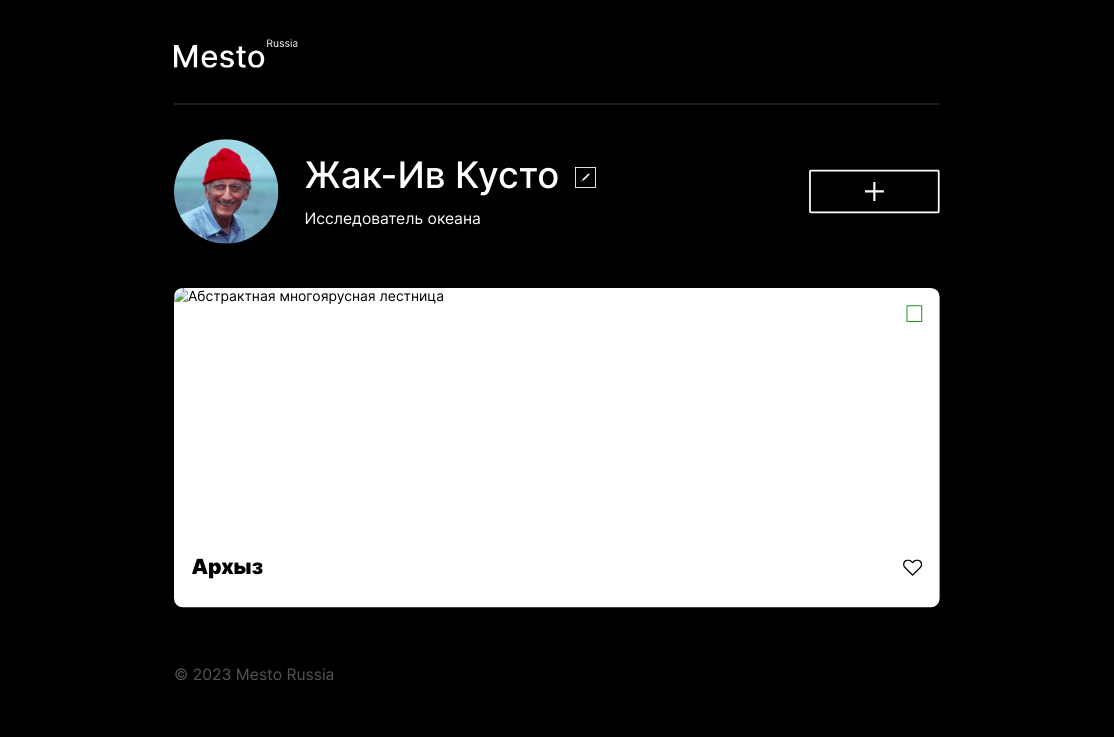
Repository: Dmitry-Rusinov/mesto
Page: index.html
These files come from the project's save history. The page is drawn as it stood at one moment and after the next save; the edit follows.
The browser window is 1280 px wide. The pictures show the whole page, at 87% of full size.

Above is the page before, as saved 2023-05-12 14:03:42.

### index.html
<!DOCTYPE html>
<html lang="ru">
  <head>
    <meta charset="UTF-8" />
    <meta name="viewport" content="width=device-width, initial-scale=1.0" />
    <link rel="stylesheet" href="./pages/index.css" />
    <title>Третий проект Яндекс.Практикум "Место"</title>
  </head>
  <body class="page">
    <div class="content">
      <header class="header">
        <img
          src="./images/logo.svg"
          alt="Логотип проекта Место.Россия"
          class="header__logo"
        />
      </header>
      <main>
        <section class="profile">
          <img
            src="./images/image.jpg"
            alt="Фотография пользователя"
            class="profile__avatar"
          />
          <div class="profile__info">
            <h1 class="profile__info-title">Жак-Ив Кусто</h1>
            <button
              type="button"
              title="Кнопка редактирования профиля"
              class="profile__edit-button"
            ></button>
            <p class="profile__subtitle">Исследователь океана</p>
          </div>
          <button
            type="button"
            title="Кнопка добавления фото-карточки"
            class="profile__add-button"
          ></button>
        </section>
        <section class="elements">
          <ul class="elements__card">
            <li class="elements__card-content">
              <img
                src="./images/andrea-de-santis-Hu1ixxtInvs-unsplash.jpg"
                alt="Абстрактная многоярусная лестница"
                class="elements__picture"
              />
              <button type="button" title="Кнопка удаления карточки" class="elements__button-delete"></button>
              <div class="elements__description">
                <div class="elements__container">
                  <h2 class="elements__title">Лестница</h2>
                  <button
                    type="button"
                    title="Кнопка лайка картинки"
                    class="elements__button-like"
                  ></button>
                </div>
              </div>
            </li>
            <li class="elements__card-content">
              <img
                src="./images/david-becker-pEqvRg-o-PY-unsplash.jpg"
                alt="Северное сияние"
                class="elements__picture"
              />
              <button type="button" title="Кнопка удаления карточки" class="elements__button-delete"></button>
              <div class="elements__description">
                <div class="elements__container">
                  <h2 class="elements__title">Северное сияние</h2>
                  <button
                    type="button"
                    title="Кнопка лайка картинки"
                    class="elements__button-like"
                  ></button>
                </div>
              </div>
            </li>
            <li class="elements__card-content">
              <img
                src="./images/hamdhulla-shakeeb-S98UHzzXq_E-unsplash.jpg"
                alt="Пляж с пальмами и голубой водой"
                class="elements__picture"
              />
              <button type="button" title="Кнопка удаления карточки" class="elements__button-delete"></button>
              <div class="elements__description">
                <div class="elements__container">
                  <h2 class="elements__title">Пляж</h2>
                  <button
                    type="button"
                    title="Кнопка лайка картинки"
                    class="elements__button-like"
                  ></button>
                </div>
              </div>
            </li>
            <li class="elements__card-content">
              <img
                src="./images/josh-hild-znpfVkfxRgk-unsplash.jpg"
                alt="Девушка с удивленным взглядом в поле цветов"
                class="elements__picture"
              />
              <button type="button" title="Кнопка удаления карточки" class="elements__button-delete"></button>
              <div class="elements__description">
                <div class="elements__container">
                  <h2 class="elements__title">Девушка в цветах</h2>
                  <button
                    type="button"
                    title="Кнопка лайка картинки"
                    class="elements__button-like"
                  ></button>
                </div>
              </div>
            </li>
            <li class="elements__card-content">
              <img
                src="./images/mat-5DDrT2ioNuI-unsplash.jpg"
                alt="Римские колонны"
                class="elements__picture"
              />
              <button type="button" title="Кнопка удаления карточки" class="elements__button-delete"></button>
              <div class="elements__description">
                <div class="elements__container">
                  <h2 class="elements__title">Римские колонны</h2>
                  <button
                    type="button"
                    title="Кнопка лайка картинки"
                    class="elements__button-like"
                  ></button>
                </div>
              </div>
            </li>
            <li class="elements__card-content">
              <img
                src="./images/shana-van-roosbroek-nkS1Y4KsEAw-unsplash.jpg"
                alt="Доски для серфинга на пляже"
                class="elements__picture"
              />
              <button type="button" title="Кнопка удаления карточки" class="elements__button-delete"></button>
              <div class="elements__description">
                <div class="elements__container">
                  <h2 class="elements__title">Серфинг</h2>
                  <button
                    type="button"
                    title="Кнопка лайка картинки"
                    class="elements__button-like"
                  ></button>
                </div>
              </div>
            </li>
          </ul>
        </section>
      </main>
      <footer class="footer">
        <p class="footer__text">© 2023 Mesto Russia</p>
      </footer>
    </div>
    <div class="popup">
      <div class="popup__container">
        <button
          type="button"
          class="popup__closed"
          title="Кнопка закрытия формы"
        ></button>
        <h2 class="popup__title">Редактировать профиль</h2>
        <form name="form" class="popup__form">
          <fieldset class="popup__content">
            <input
              class="popup__input popup__input_user_name"
              type="text"
              id="user-name"
              placeholder="Как вас зовут?"
              minlength="1"
              maxlength="200"
              name="name"
            />
            <input
              class="popup__input popup__input_user_job"
              type="text"
              id="description"
              placeholder="Дополнитерьная информация"
              minlength="1"
              maxlength="400"
              name="job"
            />
          </fieldset>
          <button type="submit" class="popup__submit" value="eddit">
            Сохранить
          </button>
        </form>
      </div>
    </div>
    <script src="./scripts/index.js"></script>
  </body>
</html>

### pages/index.css
@import url(../vendor/normalize.css);
@import url(../vendor/fonts.css);
@import url(../blocks/page/page.css);
@import url(../blocks/content/content.css);

/*header*/
@import url(../blocks/header/header.css);
@import url(../blocks/header/__logo/header__logo.css);

/*profile*/
@import url(../blocks/profile/profile.css);
@import url(../blocks/profile/__add-button/profile__add-button.css);
@import url(../blocks/profile/__avatar/profile__avatar.css);
@import url(../blocks/profile/__edit-button/profile__edit-button.css);
@import url(../blocks/profile/__info/profile__info.css);
@import url(../blocks/profile/__info-title/profile__info-title.css);
@import url(../blocks/profile/__subtitle/profile__subtitle.css);

/*elements*/
@import url(../blocks/elements/elements.css);
@import url(../blocks/elements/__card/elements__card.css);
@import url(../blocks/elements/__button-like/elements__button-like.css);
@import url(../blocks/elements/__card-content/elements__card-content.css);
@import url(../blocks/elements/__container/elements__container.css);
@import url(../blocks/elements/__picture/elements__picture.css);
@import url(../blocks/elements/__title/elements__title.css);
@import url(../blocks/elements/__button-delete/elements__button-delete.css);

/*footer*/
@import url(../blocks/footer/footer.css);
@import url(../blocks/footer/__text/footer__text.css);

/*popup*/
@import url(../blocks/popup/popup.css);
@import url(../blocks/popup/__title/popup__title.css);
@import url(../blocks/popup/__submit/popup__submit.css);
@import url(../blocks/popup/_opened/popup_opened.css);
@import url(../blocks/popup/__input/popup__input.css);
@import url(../blocks/popup/__form/popup__form.css);
@import url(../blocks/popup/__content/popup__content.css);
@import url(../blocks/popup/__container/popup__container.css);
@import url(../blocks/popup/__closed/popup__closed.css);

### vendor/fonts.css
@font-face {
  font-family: 'Inter';
  font-style:  normal;
  font-weight: 400;
  font-display: swap;
  src: url("Inter-Regular.woff2?v=3.19") format("woff2"),
       url("Inter-Regular.woff?v=3.19") format("woff");
}
@font-face {
  font-family: 'Inter';
  font-style:  normal;
  font-weight: 500;
  font-display: swap;
  src: url("Inter-Medium.woff2?v=3.19") format("woff2"),
       url("Inter-Medium.woff?v=3.19") format("woff");
}
@font-face {
  font-family: 'Inter';
  font-style:  normal;
  font-weight: 900;
  font-display: swap;
  src: url("Inter-Black.woff2?v=3.19") format("woff2"),
       url("Inter-Black.woff?v=3.19") format("woff");
}

### blocks/page/page.css
.page {
  font-family: "Inter", Helvetica, Arial, sans-serif;
  background-color: #000000;
  -webkit-text-size-adjust: 100%;
  -ms-text-size-adjust: 100%;
  -moz-text-size-adjust: 100%;
  -webkit-font-smoothing: antialiased;
  -moz-osx-font-smoothing: grayscale;
  text-rendering: optimizeLegibility;
  margin: 0 auto;
  width: 100%;
}

### blocks/content/content.css
.content {
  max-width: calc(1280px - 2 * 200px);
  width: calc(100% - 2 * 200px);
  margin: 45px auto 60px;
  position: relative;
}

@media screen and (max-width: 1279px) {
  .content {
    max-width: calc(1279px - 2 * 15.6%);
    width: calc(100% - 2 * 15.6%);
  }
}

@media screen and (max-width: 768px) {
  .content {
    max-width: calc(768px - 2 * 6%);
    width: calc(100% - 2 * 6%);
    margin: 28px auto 36px;
  }
}

@media screen and (max-width: 320px) {
  .content {
    width: 100%;
  }
}

### blocks/header/header.css
.header {
  display: flex;
  flex-direction: column;
  justify-content: space-between;
  margin: 0;
  border-bottom: 1px solid rgba(84, 84, 84, 0.7);
}

### blocks/header/__logo/header__logo.css
.header__logo {
  object-fit: contain;
  margin-bottom: 41px;
  max-width: 142px;
}

@media screen and (max-width: 320px) {
  .header__logo {
    max-width: 103.74px;
    margin-bottom: 31.6px;
    margin-left: 27px;
  }
}

### blocks/profile/profile.css
.profile {
  display: flex;
  width: 100%;
  margin: 40px auto 0;
  align-items: center;
}
@media screen and (max-width: 980px) {
  .profile {
    flex-direction: column;
  }
}

### blocks/profile/__add-button/profile__add-button.css
.profile__add-button {
  background-image: url(../../../images/addBottonPlus.svg);
  width: 150px;
  height: 50px;
  background-repeat: no-repeat;
  background-position: center;
  background-color: transparent;
  border: 2px solid #ffffff;
  border-radius: 2px;
  box-sizing: border-box;
  cursor: pointer;
  align-self: center;
  margin-left: auto;
  transition: opacity 0.6s;
}

.profile__add-button:hover {
  opacity: 0.6;
}

@media screen and (max-width: 980px) {
  .profile__add-button {
    margin: auto;
    width: 330px;
  }
}

@media screen and (max-width: 425px) {
  .profile__add-button {
    width: 234px;
  }
}

@media screen and (max-width: 320px) {
  .profile__add-button {
    max-width: calc(320px - 2 * 19px);
    width: calc(100% - 2 * 19px);
    background-size: 16px;
  }
}

### blocks/profile/__avatar/profile__avatar.css
.profile__avatar {
  object-fit: cover;
  border-radius: 50%;
  width: 120px;
  height: 120px;
  margin-right: 30px;
  padding: 0;
}

@media screen and (max-width: 980px) {
  .profile__avatar {
    margin: 0 auto 26px;
  }
}

### blocks/profile/__edit-button/profile__edit-button.css
.profile__edit-button {
  border: 1px solid #ffffff;
  background-image: url(../../../images/edit-button.svg);
  height: 24px;
  width: 24px;
  background-color: transparent;
  background-position: center;
  cursor: pointer;
  transition: opacity 0.6s;
  box-sizing: border-box;
  padding: 0;
  background-repeat: no-repeat;
}

.profile__edit-button:hover {
  opacity: 0.6;
}

@media screen and (max-width: 425px) {
  .profile__edit-button {
    height: 18px;
    width: 18px;
    background-size: 8px;
  }
}

### blocks/profile/__info/profile__info.css
.profile__info {
  display: grid;
  grid-template-columns: 1fr 24px;
  column-gap: 18px;
  row-gap: 16px;
  align-items: baseline;
  box-sizing: border-box;
  max-width: 336px;
}

@media screen and (max-width: 980px) {
  .profile__info {
    margin: 0 auto 36px;
  }
}

@media screen and (max-width: 425px) {
  .profile__info {
    grid-template-columns: 1fr 18px;
    column-gap: 14px;
    row-gap: 10px;
  }
}

### blocks/profile/__info-title/profile__info-title.css
.profile__info-title {
  color: white;
  font-style: normal;
  font-weight: 500;
  font-size: 42px;
  line-height: 48px;
  margin: 0;
  padding: 0;
  text-overflow: ellipsis;
  white-space: nowrap;
  overflow: hidden;
  vertical-align: baseline;
}

@media screen and (max-width: 980px) {
  .profile__info-title {
    text-align: center;
  }
}

@media screen and (max-width: 425px) {
  .profile__info-title {
    font-size: 27px;
    line-height: 33px;
  }
}

### blocks/profile/__subtitle/profile__subtitle.css
.profile__subtitle {
  font-style: normal;
  font-weight: 400;
  font-size: 18px;
  line-height: 1.22;
  margin: 0;
  padding: 0;
  color: #ffffff;
  text-overflow: ellipsis;
  white-space: nowrap;
  overflow: hidden;
}

@media screen and (max-width: 980px) {
  .profile__subtitle {
    text-align: center;
    grid-column: 1 / 3;
  }
}

@media screen and (max-width: 425px) {
  .profile__subtitle {
    font-size: 14px;
    line-height: 17px;
  }
}

### blocks/elements/elements.css
.elements {
  margin: 51px auto 0;
}

@media screen and (max-width: 425px) {
  .elements {
    margin: 36px auto 0;
  }
}

### blocks/elements/__card/elements__card.css
.elements__card {
  list-style: none;
  display: grid;
  grid-template-columns: repeat(3, 1fr);
  column-gap: 17px;
  row-gap: 20px;
  margin: 0;
  padding: 0;
}

@media screen and (max-width: 1279px) {
  .elements__card {
    grid-template-columns: repeat(2, 1fr);
    max-width: max-content;
    margin: 0 auto;
  }
}

@media screen and (max-width: 980px) {
  .elements__card {
    grid-template-columns: 1fr;
  }
}

### blocks/elements/__button-like/elements__button-like.css
.elements__button-like {
  background-image: url(../../../images/botton-like.svg);
  width: 22px;
  height: 19px;
  border: 0;
  background-color: transparent;
  cursor: pointer;
  transition: opacity 0.6s;
}

.elements__button-like:hover {
  opacity: 0.5;
}

.elements__button-like:active {
  background-image: url(../../../images/button-like-active.svg);
  opacity: 1;
}

### blocks/elements/__card-content/elements__card-content.css
.elements__card-content {
  display: flex;
  position: relative;
  flex-direction: column;
  border-radius: 10px;
  margin: 0;
  padding: 0;
  overflow: hidden;
  background: #FFFFFF;
}

### blocks/elements/__container/elements__container.css
.elements__container {
  display: flex;
  justify-content: space-between;
  margin: 25px 20px 31px;
  align-items: center;
}

### blocks/elements/__picture/elements__picture.css
.elements__picture {
  height: 282px;
  width: 100%;
  object-fit: cover;
}

### blocks/elements/__title/elements__title.css
.elements__title {
  font-style: normal;
  font-weight: 900;
  font-size: 1.5em;
  line-height: 1.2;
  margin: 0;
  padding: 0;
  max-width: 220px;
  text-overflow: ellipsis;
  white-space: nowrap;
  overflow: hidden;
}

### blocks/elements/__button-delete/elements__button-delete.css
.elements__button-delete {
  position: absolute;
  background-image: url(../../../images/deleteCard-basket.svg);
  cursor: pointer;
  top: 20px;
  right: 20px;
  width: 18px;
  height: 19px;
  border: 1px solid green;
  background-color: transparent;
  background-repeat: no-repeat;
  transition: opacity 0.6s;
}

.elements__button-delete:hover {
  opacity: 0.6;
}

### blocks/footer/footer.css
.footer {
  max-width: 318px;
  margin-top: 67px;
  margin-right: auto;
}

@media screen and (max-width: 425px) {
  .footer {
    margin-top: 48px;
  }
}

### blocks/footer/__text/footer__text.css
.footer__text {
  font-style: normal;
  font-weight: 400;
  font-size: 18px;
  line-height: 22px;
  color: #545454;
  margin: 0;
  padding: 0;
}

@media screen and (max-width: 320px) {
  .footer__text {
    font-size: 14px;
    line-height: 17px;
    margin: 0 19px;
  }
}

### blocks/popup/popup.css
.popup {
  position: fixed;
  top: 0;
  left: 0;
  z-index: 5;
  width: 100%;
  height: 100%;
  display: none;
  background-color: rgba(0, 0, 0, 0.5);
  justify-content: center;
  align-items: center;
}

### blocks/popup/__title/popup__title.css
.popup__title {
  font-style: normal;
  font-weight: 900;
  font-size: 24px;
  line-height: 29px;
  margin: 0;
  padding: 0;
}

@media screen and (max-width: 768px) {
  .popup__title {
    font-size: 18px;
    line-height: 22px;
  }
}

### blocks/popup/__submit/popup__submit.css
.popup__submit {
  margin: 0;
  padding-top: 14px;
  padding-bottom: 14px;
  border-radius: 2px;
  background-color: #000000;
  color: #fff;
  width: 100%;
  font-style: normal;
  font-weight: 400;
  font-size: 18px;
  line-height: 22px;
  text-align: center;
  border: none;
  transition: .6s ease;
  cursor: pointer;
}

.popup__submit:hover {
  background-color: rgba(0, 0, 0, .8);
}

@media screen and (max-width: 768px) {
  .popup__submit {
    margin: 28px 0 0;
    font-size: 14px;
    line-height: 17px;
  }
}

### blocks/popup/__input/popup__input.css
.popup__input {
  border: none;
  border-bottom: 1px solid rgba(0, 0, 0, 0.2);
  padding: 13px 0 10px;
  margin: 0 0 17px;
  width: 100%;
  font-style: normal;
  font-weight: 400;
  font-size: 14px;
  line-height: 17px;
}

### blocks/popup/__form/popup__form.css
.popup__form {
  display: flex;
  flex-direction: column;
  box-sizing: border-box;
  margin-top: 35px;
}

@media screen and (max-width: 768px) {
  .popup__form {
    margin-top: 62px;
  }
}

### blocks/popup/__content/popup__content.css
.popup__content {
  padding: 0;
  margin: 0 0 31px;
  border: none;
  flex-direction: column;
}
@media screen and (max-width: 768px) {
  .popup__content {
    margin: 0;
  }
}

### blocks/popup/__container/popup__container.css
.popup__container {
  border-radius: 10px;
  background: #fff;
  width: 358px;
  position: relative;
  box-shadow: 0px 0px 25px rgba(0, 0, 0, 0.15);
  flex-direction: column;
  z-index: 5;
  padding: 34px 36px 37px;
}

@media screen and (max-width: 768px) {
  .popup__container {
    width: 238px;
    padding: 25px 22px;
  }
}

### blocks/popup/__closed/popup__closed.css
.popup__closed {
  position: absolute;
  top: -40px;
  right: -40px;
  transition: opacity 0.6s;
  cursor: pointer;
  background-image: url(../../../images/close-icon.svg);
  height: 32px;
  width: 32px;
  background-color: transparent;
  border: none;
}

.popup__closed:hover {
  opacity: 0.6;
}

@media screen and (max-width: 768px) {
  .popup__closed {
    top: -36px;
    right: 0;
    background-image: url(../../../images/close-icon-mini.svg);
    height: 20px;
    width: 20px;
  }
}

### scripts/index.js
const buttonPopupOpen = document.querySelector('.profile__edit-button');
const popup = document.querySelector('.popup');
const buttonPopupClosed = document.querySelector('.popup__closed');
let formElement = document.querySelector('.popup__form');
let nameInput = document.querySelector('.popup__input_user_name');
let jobInput = document.querySelector('.popup__input_user_job');
let newNameInput = document.querySelector('.profile__info-title');
let newJobInput = document.querySelector('.profile__subtitle');

const togglePopupState = (popupToToggle) => popupToToggle.classList.toggle('popup_opened');

buttonPopupOpen.addEventListener('click', () => {
  togglePopupState(popup);
  nameInput.value = newNameInput.textContent;
  jobInput.value = newJobInput.textContent;
});

buttonPopupClosed.addEventListener('click', () => togglePopupState(popup));
/*popup.addEventListener('click', (evt) => {
  if (evt.target === evt.currentTarget) {
    togglePopupState(popup)
  }
})*/

function handleFormSubmit (evt) {
    evt.preventDefault();
    newNameInput.textContent = nameInput.value;
    newJobInput.textContent = jobInput.value;
    togglePopupState(popup);
}
// Прикрепляем обработчик к форме:
// он будет следить за событием “submit” - «отправка»
formElement.addEventListener('submit', handleFormSubmit);

const elementsCard = document.querySelector('.elements__card');
const elementsCardContent = document.querySelector('.elements__card-content').content;
//const elementsPicture = document.querySelector('.elements__picture');
//const elementsTitle = document.querySelector('.elements__title');


const initialCards = [
  {
    name: 'Архыз',
    link: 'https://pictures.s3.yandex.net/frontend-developer/cards-compressed/arkhyz.jpg'
  },
  {
    name: 'Челябинская область',
    link: 'https://pictures.s3.yandex.net/frontend-developer/cards-compressed/chelyabinsk-oblast.jpg'
  },
  {
    name: 'Иваново',
    link: 'https://pictures.s3.yandex.net/frontend-developer/cards-compressed/ivanovo.jpg'
  },
  {
    name: 'Камчатка',
    link: 'https://pictures.s3.yandex.net/frontend-developer/cards-compressed/kamchatka.jpg'
  },
  {
    name: 'Холмогорский район',
    link: 'https://pictures.s3.yandex.net/frontend-developer/cards-compressed/kholmogorsky-rayon.jpg'
  },
  {
    name: 'Байкал',
    link: 'https://pictures.s3.yandex.net/frontend-developer/cards-compressed/baikal.jpg'
  }
];

const elementsInfo = initialCards.map((item) => {
  return {
    name: item.name,
    link: item.link
  };
});
//document.querySelectorAll('.elements__card-content')
function createCard({name, link}) {
  const changedElements = document.querySelector('.elements__card-content').cloneNode(true);
  changedElements.querySelector('.elements__title').textContent = name;
  changedElements.querySelector('.elements__picture').src = link;
  elementsCard.replaceWith(changedElements);
}

function create() {
  elementsInfo.forEach(createCard);
}

create();

Loaded but not shown: vendor/normalize.css (library); blocks/popup/_opened/popup_opened.css (common file)

After the next save:
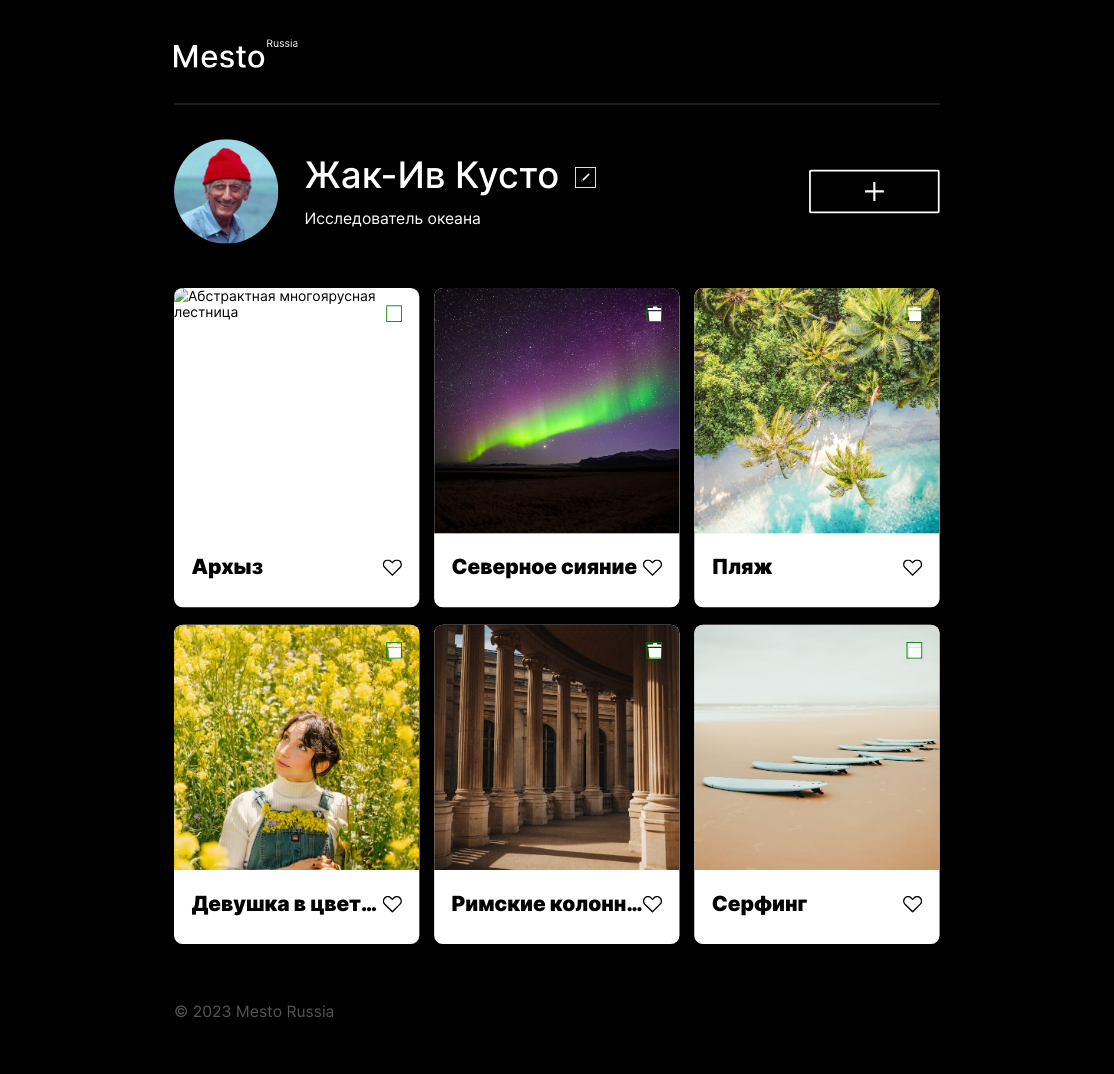
Saved 17 s later.
--- a/scripts/index.js
+++ b/scripts/index.js
@@ -73,7 +73,7 @@ const elementsInfo = initialCards.map((item) => {
 });
 //document.querySelectorAll('.elements__card-content')
 function createCard({name, link}) {
-  const changedElements = document.querySelector('.elements__card-content').cloneNode(true);
+  const changedElements = document.querySelector('.elements__card').cloneNode(true);
   changedElements.querySelector('.elements__title').textContent = name;
   changedElements.querySelector('.elements__picture').src = link;
   elementsCard.replaceWith(changedElements);
